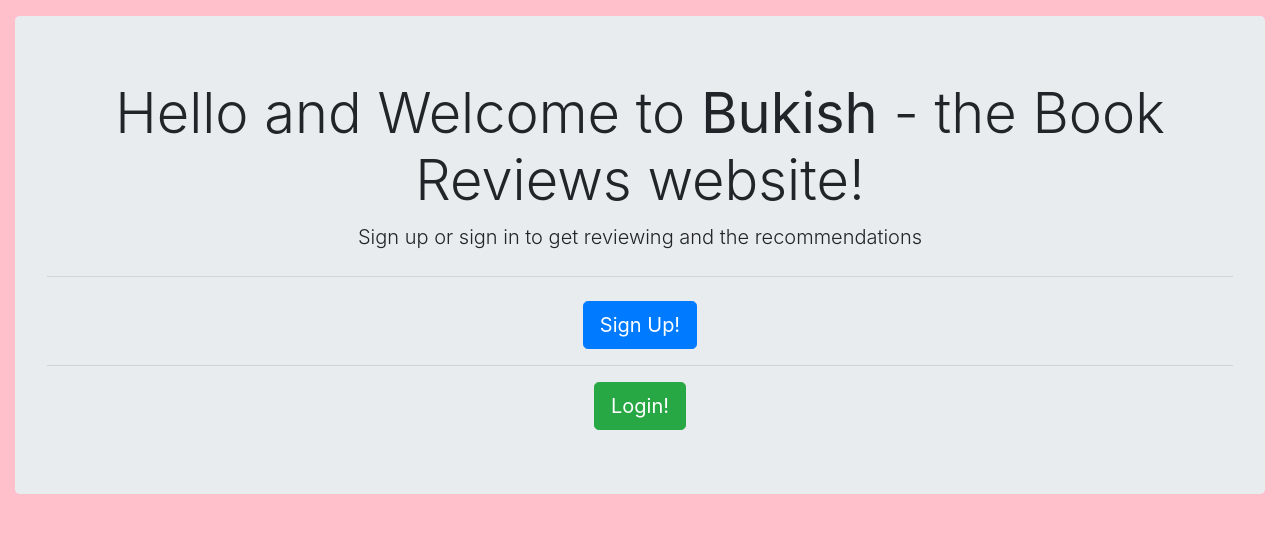
Repository: NeiloErnesto89/Data_Centric_Dev_Milestone_Project3
Page: templates/index.html
The author's editor kept a record of every edit. The page is drawn from the files as they stood at one moment, then again after the next edit.
The browser window is 1280 px wide. The pictures show the whole page.
Some web libraries are served in a nearby version. The template is drawn by Flask 3. The application's start-up code is not run. The template is opened directly, without the code that normally fills it, so the values that code supplies are empty.

Above is the page before.

After the next edit:
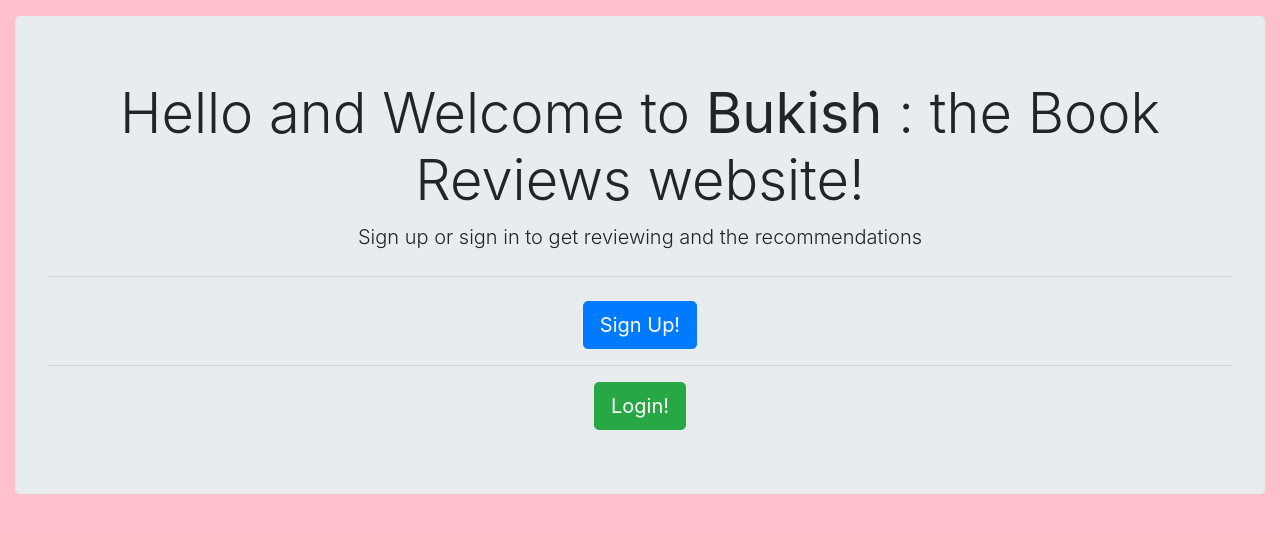
The edit:
--- a/templates/index.html
+++ b/templates/index.html
@@ -3,7 +3,7 @@
 <div class="container-fluid">
     <div class="row">
         <div class="jumbotron mt-3">
-            <h1 class="display-4 text-center">Hello and Welcome to <b>Bukish</b> - the Book Reviews website!</h1>
+            <h1 class="display-4 text-center">Hello and Welcome to <b>Bukish</b> : the Book Reviews website!</h1>
             <p class="lead text-center">Sign up or sign in to get reviewing and the recommendations</p>
             <hr class="my-4">
             <div class="text-center">
